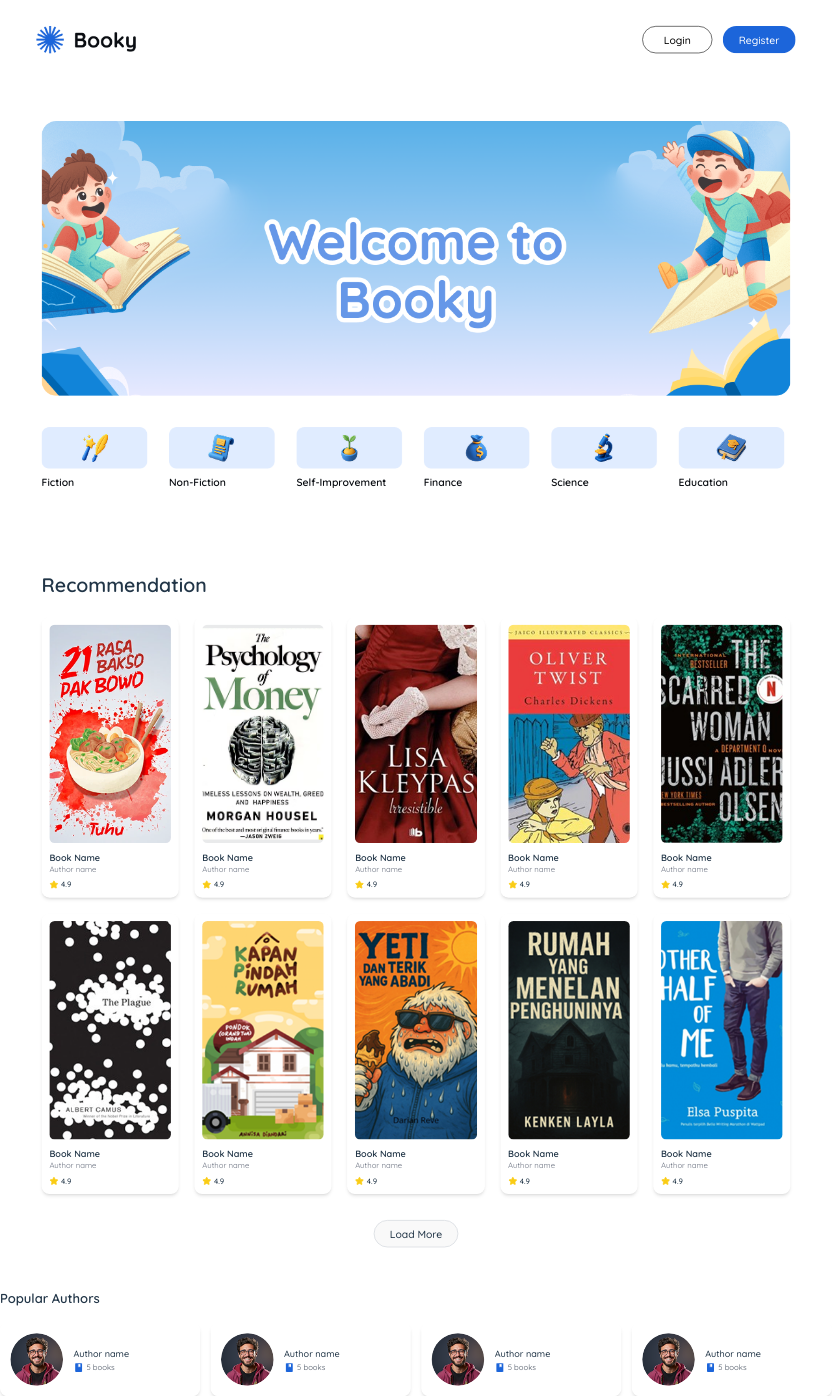
Repository: faridsyafaat/library-app
Page: /
The author's editor kept a copy of each file at every save. The page is drawn from the files as they stood at one save, then again after the next save.
The browser window is 1280 px wide. The pictures show the whole page, at 65% of full size.
The project was rebuilt for these pictures with package versions that can differ from the ones it lists, and the page was loaded fresh each time. Also part of the build but not shown: vite.config.ts, src/pages/Login.tsx, src/pages/Register.tsx.

Above is the page before, as saved 2025-11-24 21:08:54.

### index.html
<!doctype html>
<html lang="en">
  <head>
    <meta charset="UTF-8" />
    <link rel="icon" type="image/svg+xml" href="/vite.svg" />
    <meta name="viewport" content="width=device-width, initial-scale=1.0" />
    <title>library-app</title>
  </head>
  <body>
    <div id="root"></div>
    <script type="module" src="/src/main.tsx"></script>
  </body>
</html>

### src/index.css
@import url('https://fonts.googleapis.com/css2?family=Quicksand:wght@300;400;500;600;700&display=swap');
@tailwind base;
@tailwind components;
@tailwind utilities;

:root {
  font-family: system-ui, Avenir, Helvetica, Arial, sans-serif;
  line-height: 1.5;
  font-weight: 400;
  font-synthesis: none;
  text-rendering: optimizeLegibility;
  -webkit-font-smoothing: antialiased;
  -moz-osx-font-smoothing: grayscale;
}

a {
  font-weight: 500;
  color: #646cff;
  text-decoration: inherit;
}
a:hover {
  color: #535bf2;
}

body {
  margin: 0;
  min-height: 100vh;
  }

h1 {
  font-size: 3.2em;
  line-height: 1.1;
}

button {
  border-radius: 8px;
  border: 1px solid transparent;
  padding: 0.6em 1.2em;
  font-size: 1em;
  font-weight: 500;
  font-family: inherit;
  background-color: #1a1a1a;
  cursor: pointer;
  transition: border-color 0.25s;
}
button:hover {
  border-color: #646cff;
}
button:focus,
button:focus-visible {
  outline: 4px auto -webkit-focus-ring-color;
}

@media (prefers-color-scheme: light) {
  :root {
    color: #213547;
    background-color: #ffffff;
  }
  a:hover {
    color: #747bff;
  }
  button {
    background-color: #f9f9f9;
  }
}

.container-custom {
  max-width: 1200px;
  margin-left: auto;
  margin-right: auto;
  padding-left: 1rem;
  padding-right: 1rem;
}

@layer base {
  body {
    @apply font-quicksand;
  }
}

### src/App.tsx
import { BrowserRouter as Router, Routes, Route, } from "react-router-dom";
import HomeBefore from "./pages/HomeBefore";
import Login from "./pages/Login";
import Register from "./pages/Register";


function App() {


  return (
    <Router>
      <Routes>
        <Route path="/" element={<HomeBefore />} />
        <Route path="/login" element={<Login />} />
        <Route path="/register" element={<Register />} />

      </Routes>
    </Router>
  );
}

export default App;

### src/pages/HomeBefore.tsx
import NavbarBefore from "@/components/layout/NavbarBefore";
import HeroSection from "@/components/sections/HeroSection";
import RecommendationSection from "@/components/sections/RecommendationSection";
import AuthorsSection from "@/components/sections/AuthorsSection";

export default function HomeBefore() {
  return (
    <div>
      <NavbarBefore />
      <HeroSection />
      <RecommendationSection />
      <AuthorsSection />

    </div>
  );
}

### src/components/layout/NavbarBefore.tsx
import Button from "@/components/ui/Button";
import { useNavigate } from "react-router-dom";

export default function NavbarBefore() {
  const navigate = useNavigate();

  return (
    <nav className="sticky top-0 z-50 bg-white">
      <div className="container mx-auto flex justify-between items-center py-10 px-4">
        {/* Logo */}
        <div className="flex items-left gap-2">
          <img src="/icon/booky.png" alt="Booky Logo" className="w-[155px] h-[42px]" />
        </div>

        {/* Buttons */}
        <div className="flex gap-4">
          <Button
            variant="outline"
            className="bg-white text-black border border-neutral-800 px-8 py-2"
            onClick={() => navigate("/login")}
          >
            Login
          </Button>
          <Button
            variant="default"
            className="px-10 py-2"
            onClick={() => navigate("/register")}
          >
            Register
          </Button>
        </div> {/* Tutup div buttons */}
      </div> {/* Tutup div container */}
    </nav>
  );
}

### src/components/sections/HeroSection.tsx

const bookCategories = [
  { name: "Fiction", img: "/image/hero1.png" },
  { name: "Non-Fiction", img: "/image/hero2.png" },
  { name: "Self-Improvement", img: "/image/hero3.png" },
  { name: "Finance", img: "/image/hero4.png" },
  { name: "Science", img: "/image/hero5.png" },
  { name: "Education", img: "/image/hero6.png" },
];

export default function HeroSection() {
  return (
    <section className="bg-white py-16">
      <div className="container mx-auto px-6">
        {/* Hero Image */}
        <div className="w-full">
          <img
            src="/image/herosection.png"
            alt="Hero Background"
            className="w-full h-auto rounded-xl"
          />
        </div>

        {/* Jenis Buku */}
       <div className="mt-12 grid grid-cols-3 sm:grid-cols-3 md:grid-cols-6 gap-6">
  {bookCategories.map((book) => (
    <div
      key={book.name}
      className="flex flex-col items-start cursor-pointer hover:scale-105 transition-transform"
    >
      <img
        src={book.img}
        alt={book.name}
        className="w-[162.67px] h-[64px] object-cover rounded-lg mb-2"
      />
      <span className="text-[#0A0D12] font-semibold">{book.name}</span>
    </div>
  ))}
</div>

      </div>
    </section>
  );
}

### src/components/sections/RecommendationSection.tsx
import { Star } from "lucide-react";

const books = [
  {
    title: "Book Name",
    author: "Author name",
    rating: 4.9,
    img: "/image/book1.png",
  },
  {
    title: "Book Name",
    author: "Author name",
    rating: 4.9,
    img: "/image/book2.png",
  },
  {
    title: "Book Name",
    author: "Author name",
    rating: 4.9,
    img: "/image/book3.png",
  },
  {
    title: "Book Name",
    author: "Author name",
    rating: 4.9,
    img: "/image/book4.png",
  },
  {
    title: "Book Name",
    author: "Author name",
    rating: 4.9,
    img: "/image/book5.png",
  },
  {
    title: "Book Name",
    author: "Author name",
    rating: 4.9,
    img: "/image/book6.png",
  },
  {
    title: "Book Name",
    author: "Author name",
    rating: 4.9,
    img: "/image/book7.png",
  },
  {
    title: "Book Name",
    author: "Author name",
    rating: 4.9,
    img: "/image/book8.png",
  },
  {
    title: "Book Name",
    author: "Author name",
    rating: 4.9,
    img: "/image/book9.png",
  },
  {
    title: "Book Name",
    author: "Author name",
    rating: 4.9,
    img: "/image/book10.png",
  },
];

export default function RecommendationSection() {
  return (
    <section className="py-16 bg-white">
      <div className="container mx-auto px-6">

        {/* Title */}
        <h2 className="text-3xl font-semibold mb-8">Recommendation</h2>

        {/* Grid Books */}
        <div className="grid grid-cols-2 sm:grid-cols-3 md:grid-cols-5 gap-6">
          {books.map((book, index) => (
            <div
              key={index}
              className="bg-white shadow-md rounded-xl p-3 cursor-pointer hover:scale-105 transition-transform"
            >
              <img
                src={book.img}
                alt={book.title}
                className="h-[336px] w-[224] object-cover rounded-lg"
              />

              <h3 className="mt-3 text-sm font-semibold">{book.title}</h3>
              <p className="text-xs text-gray-500">{book.author}</p>

              <div className="flex items-center gap-1 mt-2">
                <Star size={14} fill="#FACC15" color="#FACC15" />
                <span className="text-xs font-medium">{book.rating}</span>
              </div>
            </div>
          ))}
        </div>

        {/* Load More Button */}
        <div className="flex justify-center mt-10">
          <button className="px-6 py-2 rounded-full border border-gray-300 hover:bg-gray-100 transition">
            Load More
          </button>
        </div>
      </div>
    </section>
  );
}

### src/components/sections/AuthorsSection.tsx
const authors = [
  {
    id: 1,
    name: "Author name",
    books: "5 books",
    image: "/image/author.png",
  },
  {
    id: 2,
    name: "Author name",
    books: "5 books",
    image: "/image/author.png",
  },
  {
    id: 3,
    name: "Author name",
    books: "5 books",
    image: "/image/author.png",
  },
  {
    id: 4,
    name: "Author name",
    books: "5 books",
    image: "/image/author.png",
  },
];

export default function AuthorsSection() {
  return (
    <section className="mt-18">
      <h2 className="text-xl font-semibold mb-6">Popular Authors</h2>

      <div className="grid grid-cols-1 gap-4 md:grid-cols-2 lg:grid-cols-4">
        {authors.map((author) => (
          <div
            key={author.id}
            className="shadow-md rounded-xl p-4 flex items-center gap-4"
          >
            {/* FOTO AUTHOR */}
            <img
              src={author.image}
              alt={author.name}
              className="w-[81px] h-[81px] rounded-full object-cover"
            />

            {/* TEKS */}
            <div>
              <p className="font-medium text-sm">{author.name}</p>

              {/* ICON BUKU + JUMLAH */}
              <div className="flex items-center gap-1 mt-1 text-gray-600">
                <img
                  src="/image/book.png"
                  alt="book icon"
                  className="w-4 h-4 object-contain"
                />
                <span className="text-xs">{author.books}</span>
              </div>
            </div>
          </div>
        ))}
      </div>
    </section>
  );
}

### src/components/ui/Button.tsx
import React from "react";
import clsx from "clsx";

interface ButtonProps extends React.ButtonHTMLAttributes<HTMLButtonElement> {
  variant?: "default" | "outline" | "short";
  size?: "sm" | "md" | "lg";
}

const Button: React.FC<ButtonProps> = ({
  variant = "default",
  className,
  children,
  ...props
}) => {
  const baseStyle = "inline-flex items-center justify-center font-medium focus:outline-none rounded-full disabled:opacity-50 disabled:pointer-events-none";

  const variants: Record<string, string> = {
    default: "bg-[#1C65DA] text-white px-6 py-2 hover:bg-blue-600",
    outline: "border border-gray-800 text-black bg-white px-6 py-2 hover:bg-gray-100",
    short: "px-4 py-2 rounded-md text-sm",
  };

  return (
    <button className={clsx(baseStyle, variants[variant], className)} {...props}>
      {children}
    </button>
  );
};

export default Button;

### tailwind.config.js
/** @type {import('tailwindcss').Config} */
module.exports = {
  content: [
    "./index.html",
    "./src/**/*.{js,ts,jsx,tsx}",
  ],
  theme: {
    extend: {
      fontFamily: {
        quicksand: ["Quicksand", "sans-serif"],
      },
    },
    container: {
      center: true,
      padding: '1rem',
      screens: {
        sm: "640px",
        md: "768px",
        lg: "1200px", // container lg = 1200px
        xl: "1200px",
        "2xl": "1200px"
      }
    }
  },
  plugins: [],
};

Loaded but not shown: src/main.tsx (common file)

After the next save:
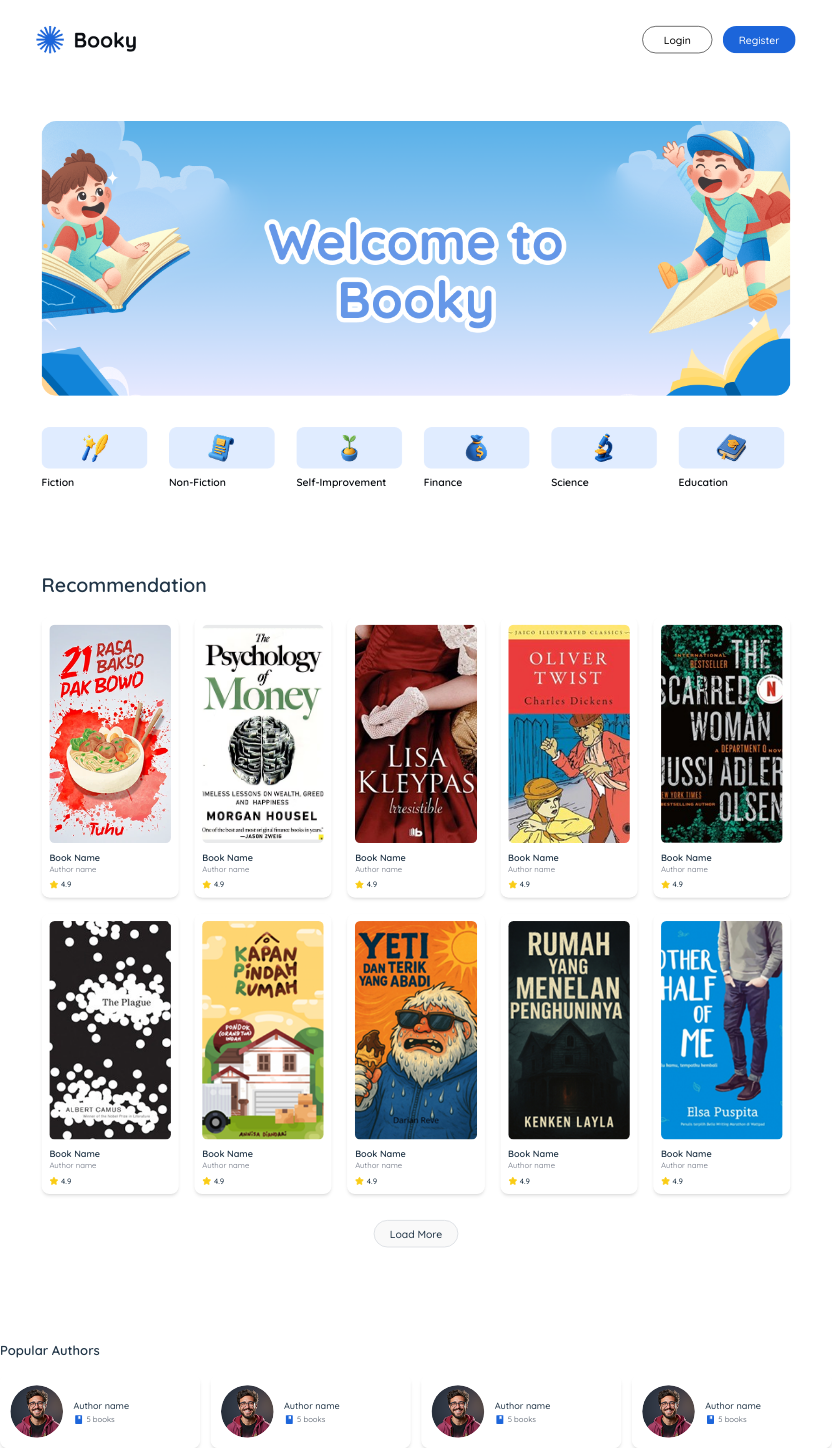
Saved 22 s later.
--- a/src/components/sections/AuthorsSection.tsx
+++ b/src/components/sections/AuthorsSection.tsx
@@ -27,7 +27,7 @@
 
 export default function AuthorsSection() {
   return (
-    <section className="mt-18">
+    <section className="mt-20">
       <h2 className="text-xl font-semibold mb-6">Popular Authors</h2>
 
       <div className="grid grid-cols-1 gap-4 md:grid-cols-2 lg:grid-cols-4">
